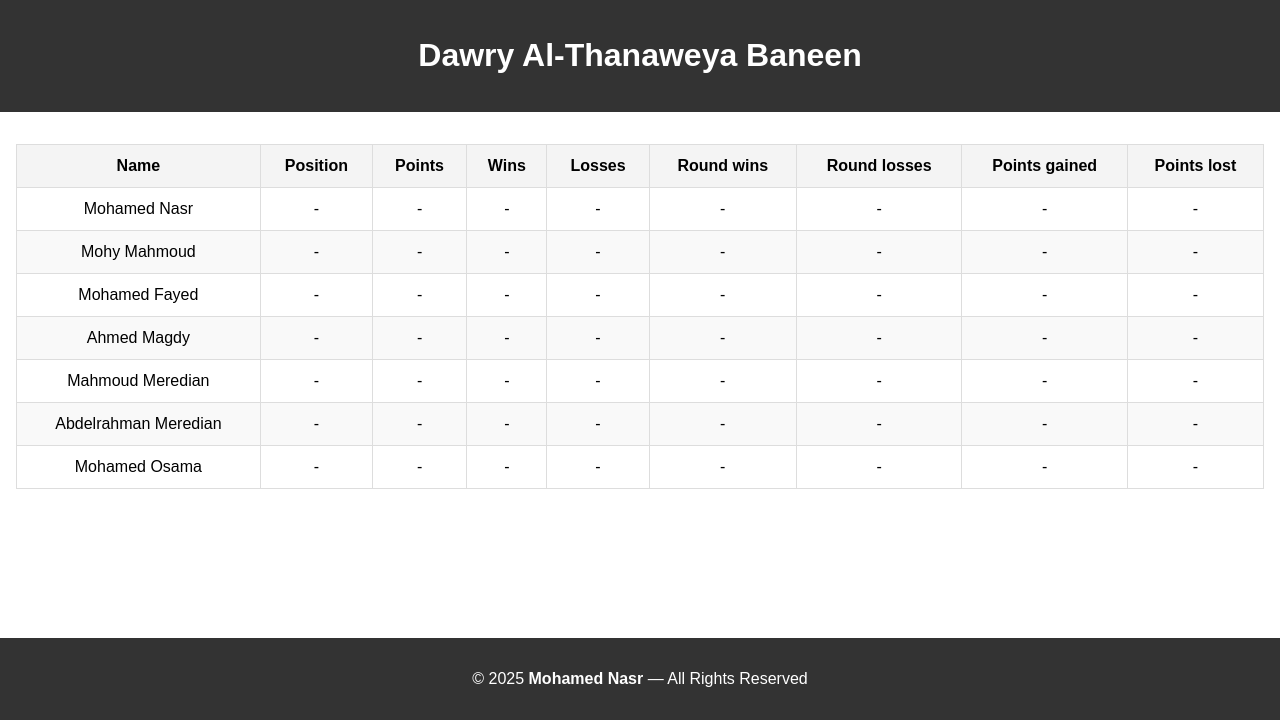
Repository: MohamedNasr95/Dawry-Al-Thanaweya-Baneen
Page: Index.html
These files come from the project's save history. The page is drawn as it stood at one moment and after the next save; the edit follows.
The browser window is 1280 px wide. The pictures show the whole page.

Above is the page before, as saved 2025-09-07 21:33:26.

### Index.html
<!DOCTYPE html>
<html lang="en">
<head>
  <meta charset="UTF-8" />
  <meta name="viewport" content="width=device-width, initial-scale=1.0" />
  <title>Dawry Al-Thanaweya Baneen</title>
  <link rel="stylesheet" href="style.css">
</head>
<body>
  <header>
    <h1>Dawry Al-Thanaweya Baneen</h1>
  </header>
  <main>
    <table>
      <thead>
        <tr>
          <th>Name</th>
          <th>Position</th>
          <th>Points</th>
          <th>Wins</th>
          <th>Losses</th>
          <th>Round wins</th>
          <th>Round losses</th>
          <th>Points gained</th>
          <th>Points lost</th>
        </tr>
      </thead>
      <tbody id="tbody">
        <tr>
          <td>Mohamed Nasr</td>
          <td>-</td>
          <td>-</td>
          <td>-</td>
          <td>-</td>
          <td>-</td>
          <td>-</td>
          <td>-</td>
          <td>-</td>
        </tr>
        <tr>
          <td>Mohy Mahmoud</td>
          <td>-</td>
          <td>-</td>
          <td>-</td>
          <td>-</td>
          <td>-</td>
          <td>-</td>
          <td>-</td>
          <td>-</td>
        </tr>
        <tr>
          <td>Mohamed Fayed</td>
          <td>-</td>
          <td>-</td>
          <td>-</td>
          <td>-</td>
          <td>-</td>
          <td>-</td>
          <td>-</td>
          <td>-</td>
        </tr>
        <tr>
          <td>Ahmed Magdy</td>
          <td>-</td>
          <td>-</td>
          <td>-</td>
          <td>-</td>
          <td>-</td>
          <td>-</td>
          <td>-</td>
          <td>-</td>
        </tr>
        <tr>
          <td>Mahmoud Meredian</td>
          <td>-</td>
          <td>-</td>
          <td>-</td>
          <td>-</td>
          <td>-</td>
          <td>-</td>
          <td>-</td>
          <td>-</td>
        </tr>
        <tr>
          <td>Abdelrahman Meredian</td>
          <td>-</td>
          <td>-</td>
          <td>-</td>
          <td>-</td>
          <td>-</td>
          <td>-</td>
          <td>-</td>
          <td>-</td>
        </tr>
        <tr>
          <td>Mohamed Osama</td>
          <td>-</td>
          <td>-</td>
          <td>-</td>
          <td>-</td>
          <td>-</td>
          <td>-</td>
          <td>-</td>
          <td>-</td>
        </tr>
        <!-- Add more rows here -->
      </tbody>
    </table>
  </main>
  <footer>
    <p>&copy; 2025 <strong>Mohamed Nasr</strong> — All Rights Reserved</p>
  </footer>

  <script src="script.js"></script>
</body>
</html>

### style.css
body {
    font-family: Arial, sans-serif;
    margin: 0;
    padding: 0;
    display: flex;
    min-height: 100vh;
    flex-direction: column;
}
header, footer {
    background-color: #333;
    color: #fff;
    padding: 1rem;
    text-align: center;
}
main {
    flex: 1;
    padding: 1rem;
}
table {
    width: 100%;
    border-collapse: collapse;
    margin: 1rem 0;
}
th, td {
    border: 1px solid #ddd;
    padding: 0.75rem;
    text-align: center;
}
th {
    background-color: #f4f4f4;
}
tr:nth-child(even) {
    background-color: #f9f9f9;
}
tr:hover {
    background-color: #e0e0e0;
}

### script.js
table = document.getElementById("tbody")
console.log(table)

table.innerHTML += `

`

After the next save:
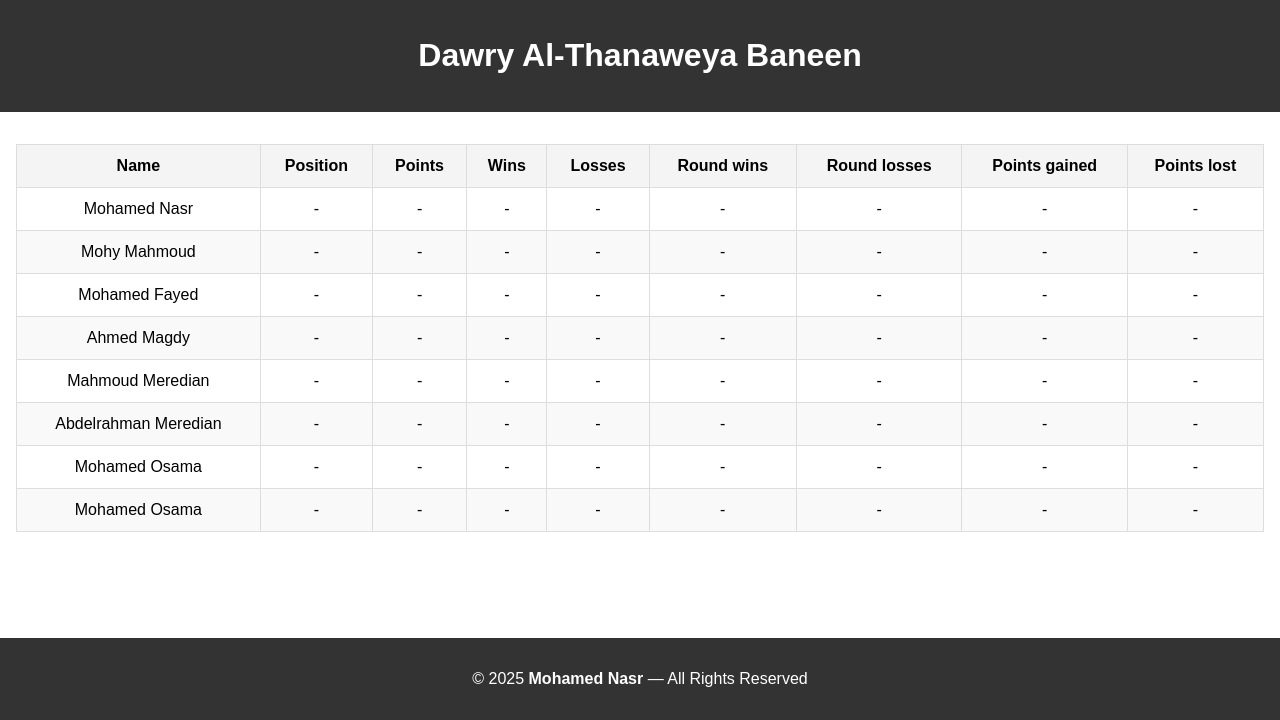
Saved 12 s later.
--- a/script.js
+++ b/script.js
@@ -2,5 +2,15 @@ table = document.getElementById("tbody")
 console.log(table)
 
 table.innerHTML += `
-
+<tr>
+          <td>Mohamed Osama</td>
+          <td>-</td>
+          <td>-</td>
+          <td>-</td>
+          <td>-</td>
+          <td>-</td>
+          <td>-</td>
+          <td>-</td>
+          <td>-</td>
+        </tr>
 `
